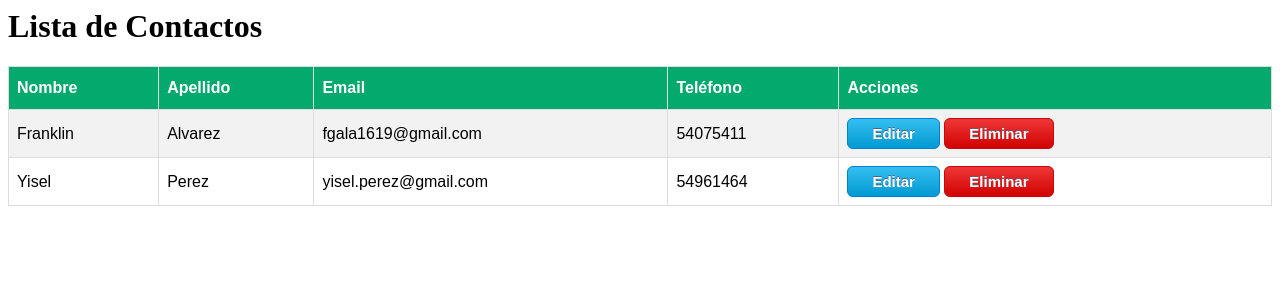
Repository: fgala1619/frontSistGestionBank
Page: index.html
The author's editor kept a copy of each file at every save. The page is drawn from the files as they stood at one save, then again after the next save.
The browser window is 1280 px wide. The pictures show the whole page.

Above is the page before, as saved 2023-07-26 12:25:47.

### index.html
<link rel="stylesheet" href="style.css" />

<h1>Lista de Contactos</h1>

<table id="customers">
    <tr>
        <th>Nombre</th>
        <th>Apellido</th>
        <th>Email</th>
        <th>Teléfono</th>
        <th>Acciones</th>
    </tr>

    <tr>
        <td>Franklin</td>
        <td>Alvarez</td>
        <td>fgala1619@gmail.com</td>
        <td>54075411</td>
        <td>
            <a href="#" class="myButton">Editar</a>
            <a href="#" class="btnDelete">Eliminar</a>
        </td>
    </tr>

    <tr>
        <td>Yisel</td>
        <td>Perez</td>
        <td>yisel.perez@gmail.com</td>
        <td>54961464</td>
        <td>
            <a href="#" class="myButton">Editar</a>
            <a href="#" class="btnDelete">Eliminar</a>
        </td>
    </tr>
</table>

### style.css
#customers {
        font-family: Arial, Helvetica, sans-serif;
        border-collapse: collapse;
        width: 100%;
    }

    #customers td, #customers th {
        border: 1px solid #ddd;
        padding: 8px;
    }

    #customers tr:nth-child(even){background-color: #f2f2f2;}
    #customers tr:hover{background-color:#ddd;}

    #customers th{
        padding-top: 12px;
        padding-bottom: 12px;
        text-align: left;
        background-color: #04AA6D;
        color: white;
    }

    .myButton{
        box-shadow: 0px 1px 0px 0px #f0f7fa;
        background: linear-gradient(to bottom, #33bdef 5%, #019ad2 100%);
        background-color:#33bdef;
        border-radius: 6px;
        border: 1px solid #057fd0;
        display: inline-block;
        cursor: pointer;
        color: #ffffff;
        font-family: Arial;
        font-size: 15px;
        font-weight: bold;
        padding: 6px 24px;
        text-decoration: none;
        text-shadow: 0px -1px 0px #5b6178;
    }
    .myButton:hover{
        background: linear-gradient(to bottom, #019ad2 5%, #33bdef 100%);
        background-color:#019ad2;
    }
    .myButton:active{
        position: relative;
        top: 1px;
    }

    .btnDelete{
        box-shadow: 0px 1px 0px 0px #f0f7fa;
        background: linear-gradient(to bottom, #ed3434 5%, #d10202 100%);
        background-color:#ed3434;
        border-radius: 6px;
        border: 1px solid #cf0606;
        display: inline-block;
        cursor: pointer;
        color: #ffffff;
        font-family: Arial;
        font-size: 15px;
        font-weight: bold;
        padding: 6px 24px;
        text-decoration: none;
        text-shadow: 0px -1px 0px #5b6178;
    }
    .btnDelete:hover{
        background: linear-gradient(to bottom, #d10202 5%, #ed3434 100%);
        background-color:#d10202;
    }
    .btnDelete:active{
        position: relative;
        top: 1px;
    }

After the next save:
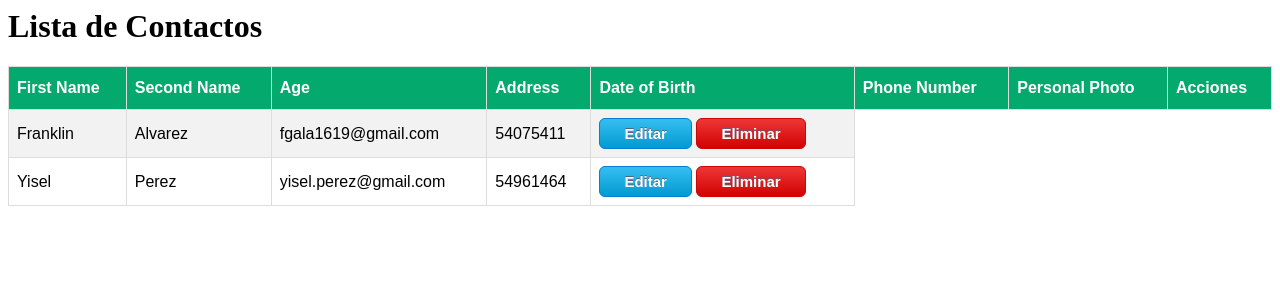
Saved 6 min 21 s later.
--- a/index.html
+++ b/index.html
@@ -4,10 +4,13 @@
 
 <table id="customers">
     <tr>
-        <th>Nombre</th>
-        <th>Apellido</th>
-        <th>Email</th>
-        <th>Teléfono</th>
+        <th>First Name</th>
+        <th>Second Name</th>
+        <th>Age</th>
+        <th>Address</th>
+        <th>Date of Birth</th>
+        <th>Phone Number</th>
+        <th>Personal Photo</th>
         <th>Acciones</th>
     </tr>
 
